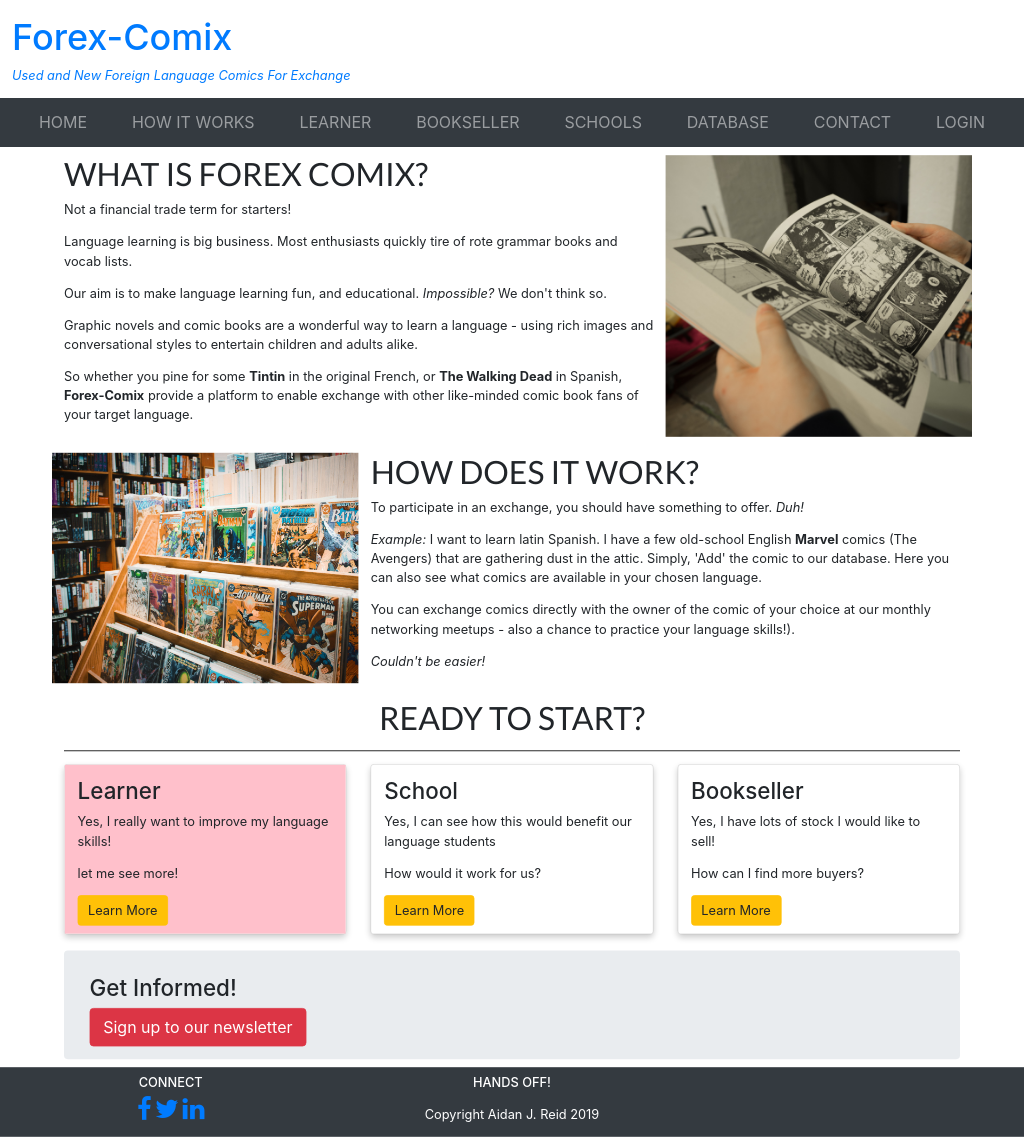
Repository: AidanJReid/Forex-Comix
Page: index.html
The author's editor kept a record of every edit. The page is drawn from the files as they stood at one moment, then again after the next edit.
The browser window is 1280 px wide. The pictures show the whole page, at 80% of full size.

Above is the page before.

### index.html
<!DOCTYPE html>
<html lang="en">

<head>
    <meta charset="UTF-8">
    <meta name="viewport" content="width=device-width, initial-scale=1.0">
    <meta http-equiv="X-UA-Compatible" content="ie=edge">
    <link rel="stylesheet" href="https://stackpath.bootstrapcdn.com/bootstrap/4.3.1/css/bootstrap.min.css" integrity="sha384-ggOyR0iXCbMQv3Xipma34MD+dH/1fQ784/j6cY/iJTQUOhcWr7x9JvoRxT2MZw1T" crossorigin="anonymous">
    <link rel="stylesheet" href="https://stackpath.bootstrapcdn.com/font-awesome/4.7.0/css/font-awesome.min.css" type="text/css" />
    <link href="https://fonts.googleapis.com/css?family=Lato:300i,400,400i,700,700i&display=swap" rel="stylesheet">
    <script src="https://ajax.googleapis.com/ajax/libs/jquery/3.4.1/jquery.min.js"></script>
    <script src="https://cdnjs.cloudflare.com/ajax/libs/popper.js/1.14.7/umd/popper.min.js"></script>
    <script src="https://maxcdn.bootstrapcdn.com/bootstrap/4.3.1/js/bootstrap.min.js"></script>
    <link rel="stylesheet" href="assets/css/style.css" type="text/css" />
    <title>Forex-Comix</title>
</head>

<body>
    <header id="home">
        <div class="container-fluid">
            <div class="row">
                <div class="col">
                    <a href="index.html">
                        <h4 id="Name">Forex-Comix</h4>
                        <p id="subtitle"><em>Used and New Foreign Language Comics For Exchange</em></p>
                    </a>
                </div>
            </div>
        </div>

        <nav class="navbar bg-dark navbar-dark navbar-expand-sm sticky-top" id="navbar">
            <button class="navbar-toggler" type="button" data-toggle="collapse" data-target="#collapsibleNavbar">
                <span class="navbar-toggler-icon"></span>
                </button>
            <div class="collapse navbar-collapse justify-content-center" id="collapsibleNavbar">
                <ul class="navbar-nav">
                    <li class="nav-item">
                        <a href="#home" class="nav-link">Home</a>
                    </li>
                    <li class="nav-item">
                        <a href="#welcome" class="nav-link">How it Works</a>
                    </li>
                    <li class="nav-item">
                        <a href="#books" class="nav-link">Learner</a>
                    </li>
                    <li class="nav-item">
                        <a href="#blog" class="nav-link">Bookseller</a>
                    </li>
                    <li class="nav-item">
                        <a href="#free" class="nav-link">Schools</a>
                    </li>
                    <li class="nav-item">
                        <a href="#form" class="nav-link">Database</a>
                    </li>
                    <li class="nav-item">
                        <a href="#form" class="nav-link">Contact</a>
                    </li>
                    <li class="nav-item">
                        <a href="#form" class="nav-link">Login</a>
                    </li>
                </ul>
            </div>
        </nav>

    </header>
    <div class="container-fluid" id="body-bg">
        <div class="container bio" id="what">
            <div class="row">
                <div class="col-xs-12 col-md-8">
                    <h1>What is Forex Comix?</h1>

                    <p>Not a financial trade term for starters!</p>

                    <p>Language learning is big business. Most enthusiasts quickly tire of rote grammar books and vocab lists.</p>

                    <p>Our aim is to make language learning fun, and educational. <em>Impossible?</em> We don't think so.</p>

                    <p>Graphic novels and comic books are a wonderful way to learn a language - using rich images and conversational styles to entertain children and adults alike.</p>

                    <p>So whether you pine for some <strong>Tintin</strong> in the original French, or <strong>The Walking Dead</strong> in Spanish, <strong>Forex-Comix</strong> provide a platform to enable exchange with other like-minded comic book fans
                        of your target language.</p>
                </div>
                <div class="d-none d-md-block col-md-4 blackwhite">
                </div>
            </div>
        </div>
        <div class="container how" id="how">
            <div class="row">
                <div class="d-none d-md-block col-md-4 stand">
                </div>
                <div class="col-xs-12 col-md-8">
                    <h1>How does it work?</h1>
                    <p>To participate in an exchange, you should have something to offer. <em>Duh!</em></p>

                    <p><em>Example:</em> I want to learn latin Spanish. I have a few old-school English <strong>Marvel</strong> comics (The Avengers) that are gathering dust in the attic. Simply, 'Add' the comic to our database. Here you can also see what comics are available
                        in your chosen language.</p>

                    <p>You can exchange comics directly with the owner of the comic of your choice at our monthly networking meetups - also a chance to practice your language skills!).</p>

                    <p><em>Couldn't be easier!</em></p>
                </div>
            </div>
        </div>
        <div class="container profiles" id="profiles">
            <h1 class="ready-header">Ready to start?</h1>
            <hr class="hr-main-sections">
            <div class="row">
                <div class="col-md-4">
                    <div class="card">
                        <div class="container-item" id="learner">
                            <h3>Learner</h3>
                            <p>Yes, I really want to improve my language skills!</p>
                            <p>let me see more!</p>
                            <div id="button">
                                <a href="blog1.html" type="button" class="btn btn-warning">Learn More</a>
                            </div>
                        </div>
                    </div>
                </div>

                <div class="col-md-4">
                    <div class="card">
                        <div class="container-item">
                            <h3>School</h3>
                            <p>Yes, I can see how this would benefit our language students</p>
                            <p>How would it work for us?</p>
                            <div id="button">
                                <a href="blog2.html" type="button" class="btn btn-warning">Learn More</a>
                            </div>
                        </div>
                    </div>
                </div>

                <div class="col-md-4 bookseller">
                    <div class="card">
                        <div class="container-item">
                            <h3>Bookseller</h3>
                            <p>Yes, I have lots of stock I would like to sell!</p>
                            <p>How can I find more buyers?</p>
                            <div id="button">
                                <a href="blog3.html" type="button" class="btn btn-warning">Learn More</a>
                            </div>
                        </div>
                    </div>
                </div>
            </div>
        </div>
        <div class="container nl" id="nl">
            <div class="jumbotron scroll text-left">
                <div class="row">
                    <div class="col">
                        <h3>Get Informed!</h3>
                        <a href="https://dl.bookfunnel.com/myx36xodwz" type="button" class="btn btn-danger btn-lg" id="subscribe" target="_blank">Sign up to our newsletter</a>
                    </div>
                </div>
            </div>
        </div>
    </div>
    <div class="container-fluid footer footer-dark bg-dark">
        <footer="container">
            <div class="row">
                <div class="col-sm-4 foot-col">
                    <h6>Connect</h6>
                    <a href="https://www.facebook.com/aidanjreidauthor/" target="_blank"><i class="fa fa-facebook fa-2x"></i></a>
                    <a href="http://www.twitter.com/aidanjreid" target="_blank"><i class="fa fa-twitter fa-2x"></i></a>
                    <a href="https://www.linkedin.com/in/aidanreid/" target="_blank"><i class="fa fa-linkedin fa-2x"></i></a>
                </div>
                <div class="col-sm-4 foot-col">
                    <h6>Hands off!</h6>
                    <p>Copyright Aidan J. Reid 2019</p>
                </div>
            </div>
            </footer>
    </div>
</body>

</html>

### assets/css/style.css
/* Home Page */

.blackwhite {
    background:url("../images/black.jpg");
    background-size: cover;
}

.stand {
    background:url("../images/stand.jpg");
    background-size: cover;
}


/* --------------------------- MISC/FONTS */

.container {
    padding: 10px;
}

/* --------------------------- MISC/FONTS */

.ready-header {
    text-align: center;
}

/* --------------------------- PROFILE SECTION */

#learner {
    background-color: pink;
}

#school {
    background-color: yellow;
}

#bookseller {
    background-color: grey;
}

/* --------------------------- PROFILE SECTION */

.jumbotron {
    text-align: center;
}

button {
    text-align: center;
    position: center;
}



/* --------------------------- MISC/FONTS */

/*#body-bg {*/
/*    background:url("../images/wall.jpg");*/
/*    background-size: contain;*/
/*    background-repeat: repeat;*/
/*}*/

h1 {
    font-family: 'Lato', sans-serif; /*link to style in html head*/
    text-transform: uppercase;
}

/* --------------------------- HEADER */

header {
    margin: 0px;
}

#Name {
    display: inline-block;
    font-size: 45px;
    width: 100%;
    padding-top: 20px;
}

.logo a {
    text-shadow: 0 0 5px #FF0000, 0 0 5px #0000FF;
    text-transform: uppercase;
    color: white;
}

.logo {
    background-color: black;
    font-family: 'Lato', sans-serif;
}

#Title {
    font-size: 18px;
    float: right;
}



/* --------------------------- NAV BAR */

.nav-item a {
    color: #f2f2f2;
    text-align: center;
    text-decoration: none;
    font-size: 20px;
    margin: 0 20px;
    text-transform: uppercase;

}

/*----------------------- BLOG section*/

.card {
  box-shadow: 0 4px 8px 0 rgba(0,0,0,0.2);
  transition: 0.3s;
  border-radius: 5px;
}

.card:hover {
  box-shadow: 0 8px 16px 0 rgba(0,0,0,0.2);
}

.container-item {
  padding: 2px 16px 10px 16px;
}

/* images and attributes in separate blog section below */

.blog-images {
    height: 250px;
    background-size: cover;
}

.blog-content {
    padding: 15px 0px 15px 0px;
}

h3 {
    padding-top: 15px;
}

/* blog container section*/

.blog {
    background-color: white;
    padding: 20px;
    margin-top: 20px;
}

.btn-warning a {
    text-decoration: none;
}

/*----------------------- FREE section*/

/* book background img - href="https://unsplash.com/photos/Oaqk7qqNh_c */

.free {
    background:url("../images/book-bg.jpg");
    padding: 20px;
    background-attachment: fixed;
    background-position: center;
    background-repeat: no-repeat;
    background-size: cover;
    margin-top: 20px;
}

.jumbotron {
    padding: 16px 32px;
    margin-bottom: 0;
}

.fright {
    text-align: right;
}

#subscribe {
    float: left;
}

.btn-danger a {
    color: white;
    text-decoration: none;
}

.hr-main-sections {
    background-color: black;
}

/*----------------------- FOOTER section*/

.footer p {
    color: white;
    padding-top: 10px;
}

.footer h6 {
    text-transform: uppercase;
    color: white;
    padding-top: 10px;
}

.foot-col {
    text-align: center;
}

After the next edit:
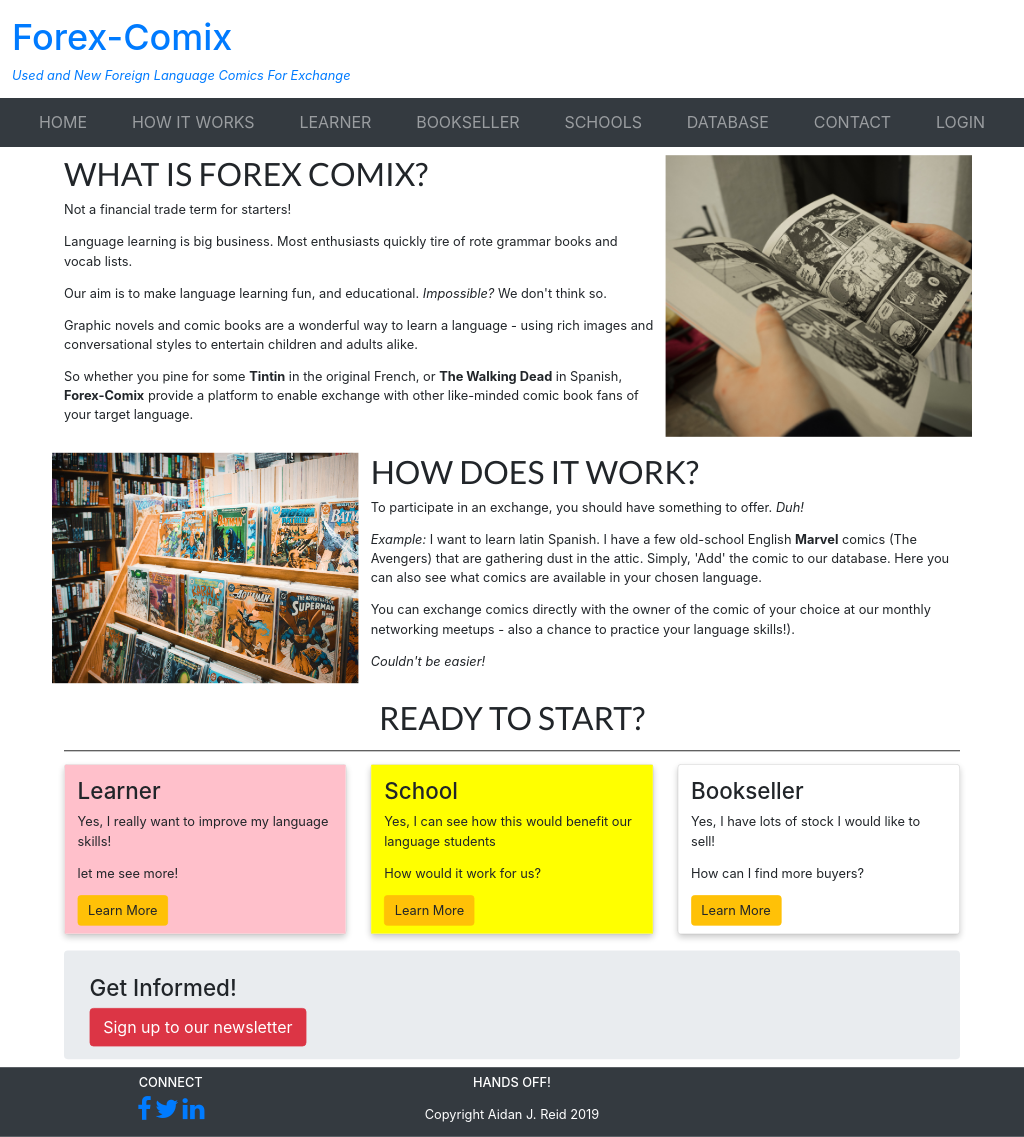
The edit:
--- a/index.html
+++ b/index.html
@@ -120,7 +120,7 @@
 
                 <div class="col-md-4">
                     <div class="card">
-                        <div class="container-item">
+                        <div class="container-item" id="school">
                             <h3>School</h3>
                             <p>Yes, I can see how this would benefit our language students</p>
                             <p>How would it work for us?</p>
